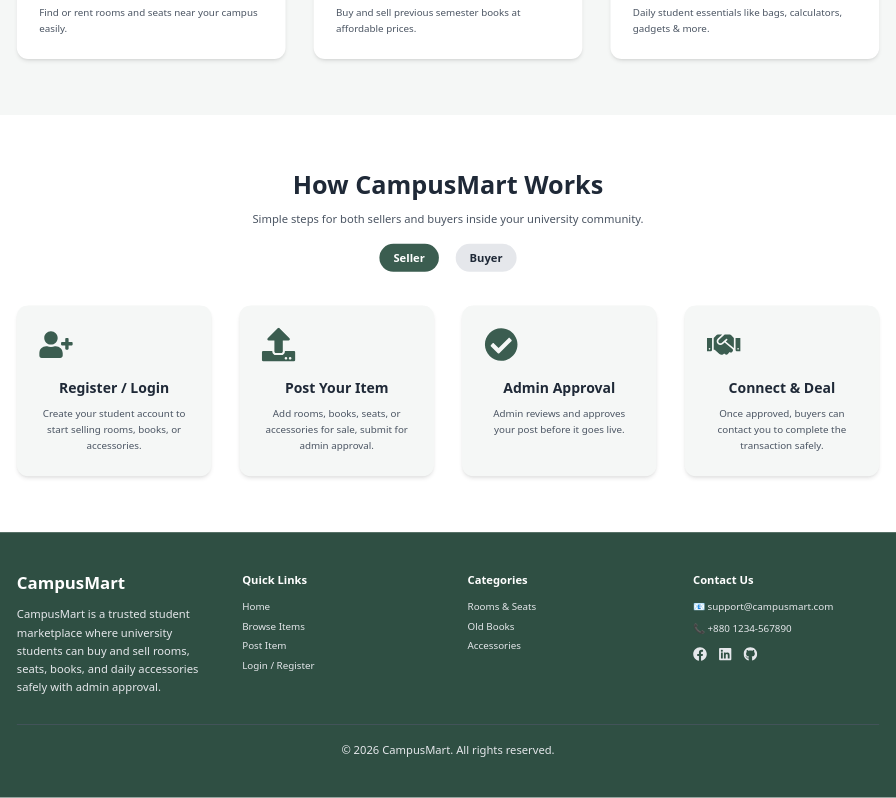
Repository: jahidhasanri/CAMPUSMART
Page: /
The author's editor kept a copy of each file at every save. The page is drawn from the files as they stood at one save, then again after the next save.
The browser window is 1280 px wide. The pictures show the part of the page from y = 1015 to 2935 px (the page is 2155 px tall before and 2935 px after), at 70% of full size.
Pictures or frames that could not be fetched are drawn as grey boxes. The project was rebuilt for these pictures with package versions that can differ from the ones it lists, and the page was loaded fresh each time. Also part of the build but not shown: vite.config.js, src/Pages/Login.jsx, src/Pages/Register.jsx.

Above is the page before, as saved 2026-01-14 00:08:42.

### index.html
<!doctype html>
<html lang="en">
  <head>
    <meta charset="UTF-8" />
    <link rel="icon" type="image/svg+xml" href="/vite.svg" />
    <meta name="viewport" content="width=device-width, initial-scale=1.0" />
    <title>campusmart</title>
  </head>
  <body>
    <div id="root"></div>
    <script type="module" src="/src/main.jsx"></script>
  </body>
</html>

### src/main.jsx
import { StrictMode } from 'react'
import { createRoot } from 'react-dom/client'
import './index.css'
import { RouterProvider } from 'react-router-dom'
import Router from './router/Router.jsx'


createRoot(document.getElementById('root')).render(
  <StrictMode>
    <RouterProvider router={Router} />
  </StrictMode>,
)

### src/router/Router.jsx
import { createBrowserRouter } from "react-router-dom";
import Home from "../Pages/Home.jsx";
import Main from "../components/Main.jsx";
import Login from "../Pages/Login.jsx";
import Register from "../Pages/Register.jsx";


const Router = createBrowserRouter([
  {
    path: "/",
    element: <Main></Main>,
    children:[
        {
            index:true,
            element:<Home></Home>
        },
        {
          path:"/login",
          element:<Login></Login>
        },
        {
          path:"/register",
          element:<Register></Register>
        }
    ]
  },
]);

export default Router;

### src/Pages/Home.jsx
import React from 'react';
import Banner from '../components/Banner';
import Categories from '../components/Category';
import HowItWorks from '../components/HowItWorks';

const Home = () => {
    return (
        <div>
            <Banner></Banner>
            <Categories></Categories>
            <HowItWorks></HowItWorks>
        </div>
    );
};

export default Home;

### src/components/Main.jsx
import React from 'react';
import { Outlet } from 'react-router-dom';
import Navbar from './Navbar';
import Footer from './Footer';

const Main = () => {
    return (
        <div className=''>
            <Navbar></Navbar>
            <div className="min-h-[calc(100vh-422px)]">

            <Outlet></Outlet>
            </div>
            <Footer></Footer>
        </div>
    );
};

export default Main;

### src/components/Banner.jsx
import { useState, useEffect } from "react";

const slides = [
  {
    title: "Find Rooms & Seats Inside Your Campus",
    subtitle:
      "Easily find or post available rooms and seats within your university area with admin approval.",
    image: "/images/room1.png",
  },
  {
    title: "Buy & Sell Previous Semester Books",
    subtitle:
      "Save money by buying used books or sell your old semester books to juniors.",
    image: "/images/books.png",
  },
  {
    title: "Student Accessories Marketplace",
    subtitle:
      "Calculator, table lamp, chair, bag and other student essentials - all in one place.",
    image: "/images/product-3.png",
  },
];

const Banner = () => {
  const [current, setCurrent] = useState(0);

  // auto slide
  useEffect(() => {
    const interval = setInterval(() => {
      setCurrent((prev) => (prev + 1) % slides.length);
    }, 10000);

    return () => clearInterval(interval);
  }, []);

  return (
    <div className="w-full bg-[#3b5d50]">
      <div className="max-w-[1300px] mx-auto px-4 py-20">
        <div className="grid grid-cols-1 md:grid-cols-2 items-center gap-10">

          {/* LEFT CONTENT */}
          <div className="text-white">
            <h1 className="text-3xl md:text-5xl font-bold mb-4 leading-tight">
              {slides[current].title}
            </h1>

            <p className="text-gray-200 text-lg mb-8">
              {slides[current].subtitle}
            </p>

            <div className="flex gap-4 flex-wrap">
              <button className="bg-white text-[#3b5d50] px-6 py-3 rounded-lg font-semibold hover:bg-gray-200 transition">
                Browse Items
              </button>
              <button className="border border-white px-6 py-3 rounded-lg font-semibold hover:bg-white hover:text-[#3b5d50] transition">
                Post an Item
              </button>
            </div>
          </div>

          {/* RIGHT IMAGE */}
          <div className="flex justify-center">
            <img
              src={slides[current].image}
              alt="banner"
              className="w-full max-h-[350px] max-w-[550px] object-contain"
            />
          </div>
        </div>

        {/* DOTS */}
        <div className="flex justify-center mt-10 gap-3">
          {slides.map((_, index) => (
            <button
              key={index}
              onClick={() => setCurrent(index)}
              className={`h-3 w-3 rounded-full ${
                current === index ? "bg-white" : "bg-gray-400"
              }`}
            ></button>
          ))}
        </div>
      </div>
    </div>
  );
};

export default Banner;

### src/components/Category.jsx
/* eslint-disable no-unused-vars */

import { motion } from "framer-motion";
import { FaHome, FaBook, FaShoppingBag } from "react-icons/fa";

const categories = [
  {
    title: "Rooms & Seats",
    desc: "Find or rent rooms and seats near your campus easily.",
    icon: <FaHome />,
  },
  {
    title: "Old Books",
    desc: "Buy and sell previous semester books at affordable prices.",
    icon: <FaBook />,
  },
  {
    title: "Accessories",
    desc: "Daily student essentials like bags, calculators, gadgets & more.",
    icon: <FaShoppingBag />,
  },
];

const fadeUp = {
  hidden: { opacity: 0, y: 60 },
  visible: {
    opacity: 1,
    y: 0,
    transition: {
      duration: 0.7,
      ease: "easeOut",
    },
  },
};

const Categories = () => {
  return (
    <section className="py-20 bg-[#f5f7f6]">
      <div className="max-w-[1300px] mx-auto px-6">

        {/* TITLE */}
        <motion.div
          variants={fadeUp}
          initial="hidden"
          whileInView="visible"
          viewport={{ once: true }}
          className="text-center mb-16"
        >
          <h2 className="text-3xl md:text-4xl font-bold text-gray-800 mb-4">
            Browse by Category
          </h2>
          <p className="text-gray-600 max-w-xl mx-auto">
            Explore categories specially designed for university students.
          </p>
        </motion.div>

        {/* CARDS */}
        <div className="grid grid-cols-1 md:grid-cols-2 lg:grid-cols-3 gap-10">
          {categories.map((item, index) => (
            <motion.div
              key={index}
              variants={fadeUp}
              initial="hidden"
              whileInView="visible"
              viewport={{ once: true }}
              transition={{ delay: index * 0.15 }}
              className="bg-white rounded-2xl p-8 shadow-md hover:shadow-lg transition-shadow duration-300"
            >
              <div className="text-4xl text-[#3b5d50] mb-6">
                {item.icon}
              </div>

              <h3 className="text-xl font-semibold text-gray-800 mb-3">
                {item.title}
              </h3>

              <p className="text-gray-600 text-sm leading-relaxed">
                {item.desc}
              </p>
            </motion.div>
          ))}
        </div>

      </div>
    </section>
  );
};

export default Categories;

### src/components/HowItWorks.jsx
/* eslint-disable no-unused-vars */
import { useState } from "react";
import { motion, AnimatePresence } from "framer-motion";
import { FaUserPlus, FaUpload, FaCheckCircle, FaHandshake, FaSearch, FaInfoCircle, FaPhone, FaShoppingCart } from "react-icons/fa";

const sellerSteps = [
  { id: 1, icon: <FaUserPlus />, title: "Register / Login", desc: "Create your student account to start selling rooms, books, or accessories." },
  { id: 2, icon: <FaUpload />, title: "Post Your Item", desc: "Add rooms, books, seats, or accessories for sale, submit for admin approval." },
  { id: 3, icon: <FaCheckCircle />, title: "Admin Approval", desc: "Admin reviews and approves your post before it goes live." },
  { id: 4, icon: <FaHandshake />, title: "Connect & Deal", desc: "Once approved, buyers can contact you to complete the transaction safely." },
];

const buyerSteps = [
  { id: 1, icon: <FaSearch />, title: "Browse Items", desc: "Explore available rooms, books, and accessories inside your campus." },
  { id: 2, icon: <FaInfoCircle />, title: "Check Details", desc: "See post info, price, location, and ensure it is admin approved." },
  { id: 3, icon: <FaPhone />, title: "Connect With Seller", desc: "Contact the seller safely to negotiate or ask questions." },
  { id: 4, icon: <FaShoppingCart />, title: "Buy / Rent", desc: "Complete the transaction and enjoy your new item." },
];

const fadeUp = {
  hidden: { opacity: 0, y: 60 },
  visible: { opacity: 1, y: 0, transition: { duration: 0.7, ease: "easeOut" } },
};

const HowItWorks = () => {
  const [activeTab, setActiveTab] = useState("seller");

  const steps = activeTab === "seller" ? sellerSteps : buyerSteps;

  return (
    <section className="py-20 bg-white">
      <div className="max-w-[1300px] mx-auto px-6">

        {/* SECTION TITLE + TAB */}
        <motion.div
          variants={fadeUp}
          initial="hidden"
          whileInView="visible"
          viewport={{ once: true }}
          className="text-center mb-12"
        >
          <h2 className="text-3xl md:text-4xl font-bold text-gray-800 mb-4">
            How CampusMart Works
          </h2>
          <p className="text-gray-600 max-w-xl mx-auto">
            Simple steps for both sellers and buyers inside your university community.
          </p>

          {/* Tabs */}
          <div className="flex justify-center gap-6 mt-6">
            <button
              className={`px-5 py-2 rounded-full font-semibold ${activeTab === "seller" ? "bg-[#3b5d50] text-white" : "bg-gray-200 text-gray-800"}`}
              onClick={() => setActiveTab("seller")}
            >
              Seller
            </button>
            <button
              className={`px-5 py-2 rounded-full font-semibold ${activeTab === "buyer" ? "bg-[#3b5d50] text-white" : "bg-gray-200 text-gray-800"}`}
              onClick={() => setActiveTab("buyer")}
            >
              Buyer
            </button>
          </div>
        </motion.div>

        {/* Steps Grid */}
        <div className="grid grid-cols-1 md:grid-cols-2 lg:grid-cols-4 gap-10">
          <AnimatePresence mode="wait">
            {steps.map((step, index) => (
              <motion.div
                key={step.id}
                variants={fadeUp}
                initial="hidden"
                whileInView="visible"
                exit={{ opacity: 0, y: 40, transition: { duration: 0.3 } }}
                viewport={{ once: true }}
                transition={{ delay: index * 0.15 }}
                className="bg-[#f5f7f6] p-8 rounded-2xl shadow-md hover:shadow-lg transition-shadow duration-300 text-center"
              >
                <div className="text-5xl text-[#3b5d50] mb-6">{step.icon}</div>
                <h3 className="text-xl font-semibold text-gray-800 mb-3">{step.title}</h3>
                <p className="text-gray-600 text-sm leading-relaxed">{step.desc}</p>
              </motion.div>
            ))}
          </AnimatePresence>
        </div>
      </div>
    </section>
  );
};

export default HowItWorks;

### src/components/Navbar.jsx

import { useState } from "react";
import { Link } from "react-router-dom";
import { TiShoppingCart } from "react-icons/ti";
import { HiMenuAlt3, HiX } from "react-icons/hi";

const Navbar = () => {
  const [menuOpen, setMenuOpen] = useState(false);

  const navLinks = [
    { name: "HOME", path: "/" },
    { name: "POSTS", path: "/products" },
    { name: "SERVICES", path: "/services" },
    { name: "ABOUT US", path: "/about" },
    { name: "BLOG", path: "/blog" },
    { name: "CONTACT", path: "/contact" },
  ];

  return (
    <header className="bg-[#3b5d50] text-white">
      <div className="max-w-[1300px]  mx-auto px-2 py-5">
        <div className="flex items-center justify-between h-16">

          {/* Logo */}
         <Link href={'/'}>
          <img src="/images/campu_logo-removebg-preview.png" className="w-[150px] h-26" alt="Green Nest Logo" />
         </Link>

          {/* Desktop Menu (lg only) */}
          <ul className="hidden lg:flex gap-10 font-normal text-sm">
            {navLinks.map((link) => {
              return (
                <li key={link.path}>
                  <Link
                    href={link.path}
                    className={`pb-1 transition-all duration-300`}
                  >
                    {link.name}
                  </Link>
                </li>
              );
            })}
          </ul>

          {/* Cart + Login (md and up) */}
          <Link href={'/login'} className="hidden md:flex items-center gap-6">
            <TiShoppingCart
              size={26}
              className="cursor-pointer hover:text-[#5a8139]"
            />
            <Link to={'/login'} className="bg-white text-[#3b5d50] px-6 py-2 rounded-lg font-semibold hover:bg-gray-200 transition">
                Login
              </Link>
          </Link>

          {/* Hamburger (md & sm only) */}
          <div className="lg:hidden">
            <button onClick={() => setMenuOpen(!menuOpen)}>
              {menuOpen ? <HiX size={28} /> : <HiMenuAlt3 size={28} />}
            </button>
          </div>
        </div>

        {/* Mobile + Tablet Menu */}
        {menuOpen && (
          <div className="lg:hidden mt-4">
            <ul className="flex flex-col gap-4 font-medium">
              {navLinks.map((link) => {
                return (
                  <li key={link.path}>
                    <Link
                      href={link.path}
                      onClick={() => setMenuOpen(false)}
                      className={`block pb-1`}
                    >
                      {link.name}
                    </Link>
                  </li>
                );
              })}
            </ul>

                <Link href={'/login'} className=" md:hidden items-center gap-6">
            <TiShoppingCart
              size={26}
              className="cursor-pointer mb-5 mt-5 hover:text-[#5a8139]"
            />
            <button className="bg-[#5a8139] mb-5 hover:bg-[#5b8139d7] px-4 py-1.5 cursor-pointer rounded">
              Login
            </button>
          </Link>

          </div>
        )}
      </div>
    </header>
  );
};

export default Navbar;

### src/components/Footer.jsx
import { FaFacebook, FaLinkedin, FaGithub } from "react-icons/fa";

const Footer = () => {
  return (
    <footer className="bg-[#2f4f43] text-gray-200">
      <div className="max-w-[1300px] mx-auto px-6 py-14">
        <div className=" grid grid-cols-1 md:grid-cols-2 lg:grid-cols-4 gap-14">

          {/* BRAND */}
          <div className="">
            <h2 className="text-2xl font-bold text-white mb-4">
              CampusMart
            </h2>
            <p className="text-[16px] leading-relaxed">
              CampusMart is a trusted student marketplace where university
              students can buy and sell rooms, seats, books, and daily
              accessories safely with admin approval.
            </p>
          </div>

          {/* QUICK LINKS */}
          <div>
            <h3 className="text-[16px] font-semibold text-white mb-4">
              Quick Links
            </h3>
            <ul className="space-y-2 text-sm">
              <li className="hover:text-white cursor-pointer">Home</li>
              <li className="hover:text-white cursor-pointer">Browse Items</li>
              <li className="hover:text-white cursor-pointer">Post Item</li>
              <li className="hover:text-white cursor-pointer">Login / Register</li>
            </ul>
          </div>

          {/* CATEGORIES */}
          <div>
            <h3 className="text-[16px] font-semibold text-white mb-4">
              Categories
            </h3>
            <ul className="space-y-2 text-sm">
              <li className="hover:text-white cursor-pointer">Rooms & Seats</li>
              <li className="hover:text-white cursor-pointer">Old Books</li>
              <li className="hover:text-white cursor-pointer">Accessories</li>
            </ul>
          </div>

          {/* CONTACT */}
          <div>
            <h3 className="text-[16px] font-semibold text-white mb-4">
              Contact Us
            </h3>
            <p className="text-sm mb-3">📧 support@campusmart.com</p>
            <p className="text-sm mb-4">📞 +880 1234-567890</p>

            <div className="flex gap-4 text-xl">
              <FaFacebook className="hover:text-white cursor-pointer" />
              <FaLinkedin className="hover:text-white cursor-pointer" />
              <FaGithub className="hover:text-white cursor-pointer" />
            </div>
          </div>

        </div>

        {/* BOTTOM */}
        <div className="border-t border-gray-600 mt-10 pt-6 text-center text-[16px]">
          © {new Date().getFullYear()} CampusMart. All rights reserved.
        </div>
      </div>
    </footer>
  );
};

export default Footer;

### src/components/Posts.jsx
/* eslint-disable no-unused-vars */
import { motion } from "framer-motion";
import { Link } from "react-router-dom";

const posts = [
  {
    id: 1,
    img: "https://i.ibb.co/3FZ4z4F/book.jpg",
    title: "Data Structure Book",
    category: "Book",
    location: "BUBT Campus",
    price: "৳350",
    contact: "01731-847198",
    description: "Almost new DSA book, no missing pages."
  },
  {
    id: 2,
    img: "https://i.ibb.co/9q7N8zH/room.jpg",
    title: "Single Room Available",
    category: "Room",
    location: "Mirpur-2",
    price: "৳6,500 / month",
    contact: "01845-XXXXXX",
    description: "Bachelor friendly room near university."
  },
  {
    id: 3,
    img: "https://i.ibb.co/tzCzZLk/cycle.jpg",
    title: "Mountain Bicycle",
    category: "Vehicle",
    location: "Mohammadpur",
    price: "৳7,000",
    contact: "01922-XXXXXX",
    description: "Good condition, used for 6 months."
  },
  {
    id: 4,
    img: "https://i.ibb.co/2kz1f6H/calculator.jpg",
    title: "Scientific Calculator",
    category: "Gadget",
    location: "Dhanmondi",
    price: "৳900",
    contact: "01688-XXXXXX",
    description: "Perfect for engineering students."
  }
];

const Posts = () => {
  return (
    <section className="max-w-7xl mx-auto px-4 my-16">

      {/* Section Title */}
      <div className="text-center mb-12">
        <h2 className="text-3xl font-bold">Latest Posts</h2>
        <p className="text-gray-500 mt-2">
          Buy & sell items easily inside your campus
        </p>
      </div>

      {/* Cards */}
      <div className="grid grid-cols-1 sm:grid-cols-2 lg:grid-cols-4 gap-6">
        {posts.map((post, index) => (
          <motion.div
            key={post.id}
            initial={{ opacity: 0, y: 60 }}
            whileInView={{ opacity: 1, y: 0 }}
            viewport={{ once: true }}
            transition={{ duration: 0.6, delay: index * 0.15 }}
            className="bg-white rounded-xl shadow-md hover:shadow-xl transition-all"
          >
            <img
              src={post.img}
              alt={post.title}
              className="h-48 w-full object-cover rounded-t-xl"
            />

            <div className="p-4 space-y-2">
              <span className="text-xs bg-blue-100 text-blue-600 px-2 py-1 rounded">
                {post.category}
              </span>

              <h3 className="font-semibold text-lg">{post.title}</h3>

              <p className="text-sm text-gray-500">
                📍 {post.location}
              </p>

              <p className="font-bold text-green-600">
                💰 {post.price}
              </p>

              <p className="text-sm text-gray-600">
                {post.description}
              </p>

              <p className="text-sm text-gray-700">
                📞 {post.contact}
              </p>

              {/* Buttons */}
              <div className="flex gap-2 pt-3">
                <button className="btn btn-sm btn-outline w-1/2">
                  Details
                </button>
                <button className="btn btn-sm btn-primary w-1/2">
                  Contact
                </button>
              </div>
            </div>
          </motion.div>
        ))}
      </div>

      {/* View All Button */}
      <div className="text-center mt-12">
        <Link to="/posts">
          <button className="btn btn-wide btn-secondary">
            View All Posts
          </button>
        </Link>
      </div>

    </section>
  );
};

export default Posts;

Loaded but not shown: src/index.css (common file); tailwind.config.js (common file)

After the next save:
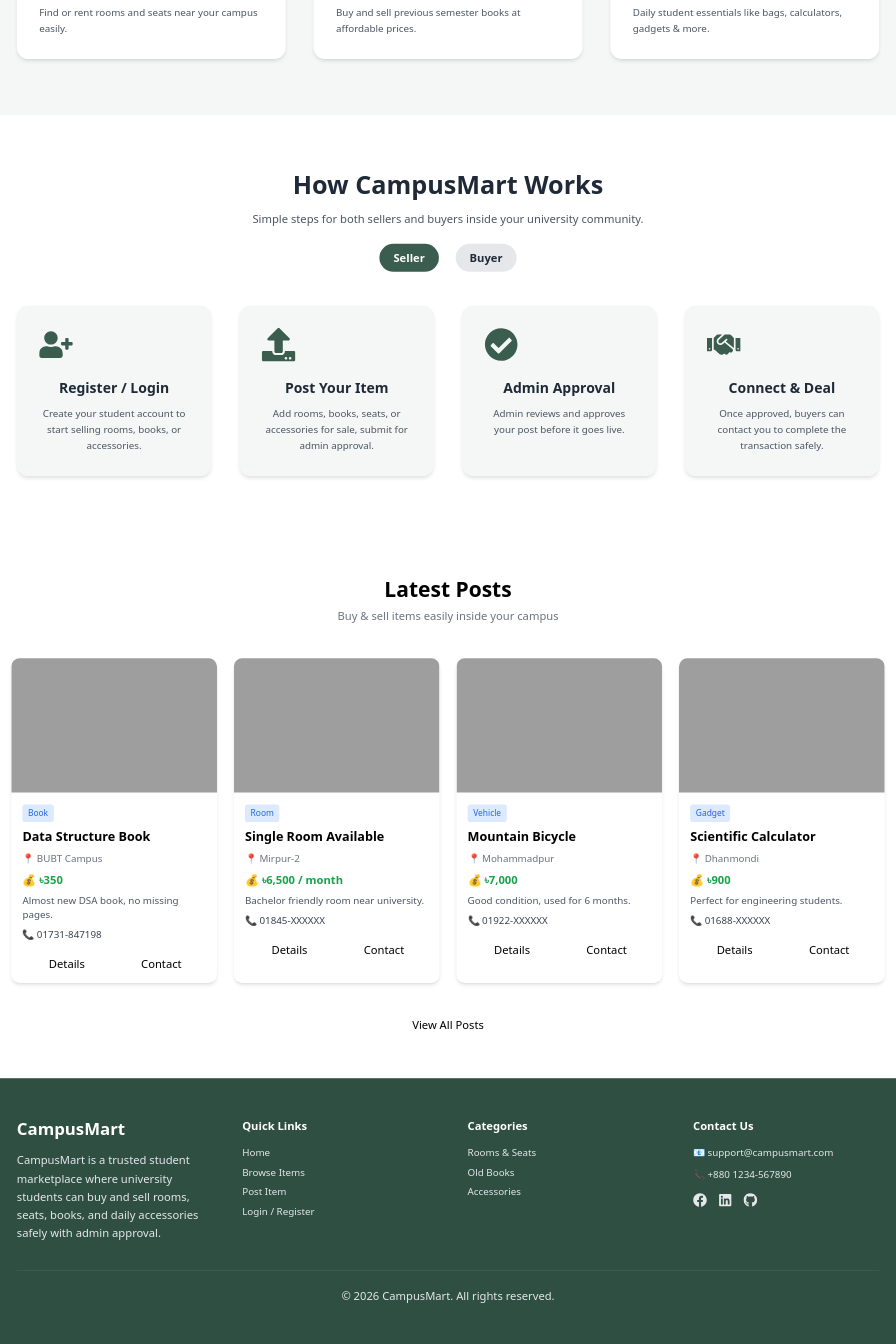
Saved 14 s later.
--- a/src/Pages/Home.jsx
+++ b/src/Pages/Home.jsx
@@ -2,6 +2,7 @@ import React from 'react';
 import Banner from '../components/Banner';
 import Categories from '../components/Category';
 import HowItWorks from '../components/HowItWorks';
+import Posts from '../components/Posts';
 
 const Home = () => {
     return (
@@ -9,6 +10,7 @@ const Home = () => {
             <Banner></Banner>
             <Categories></Categories>
             <HowItWorks></HowItWorks>
+            <Posts></Posts>
         </div>
     );
 };
